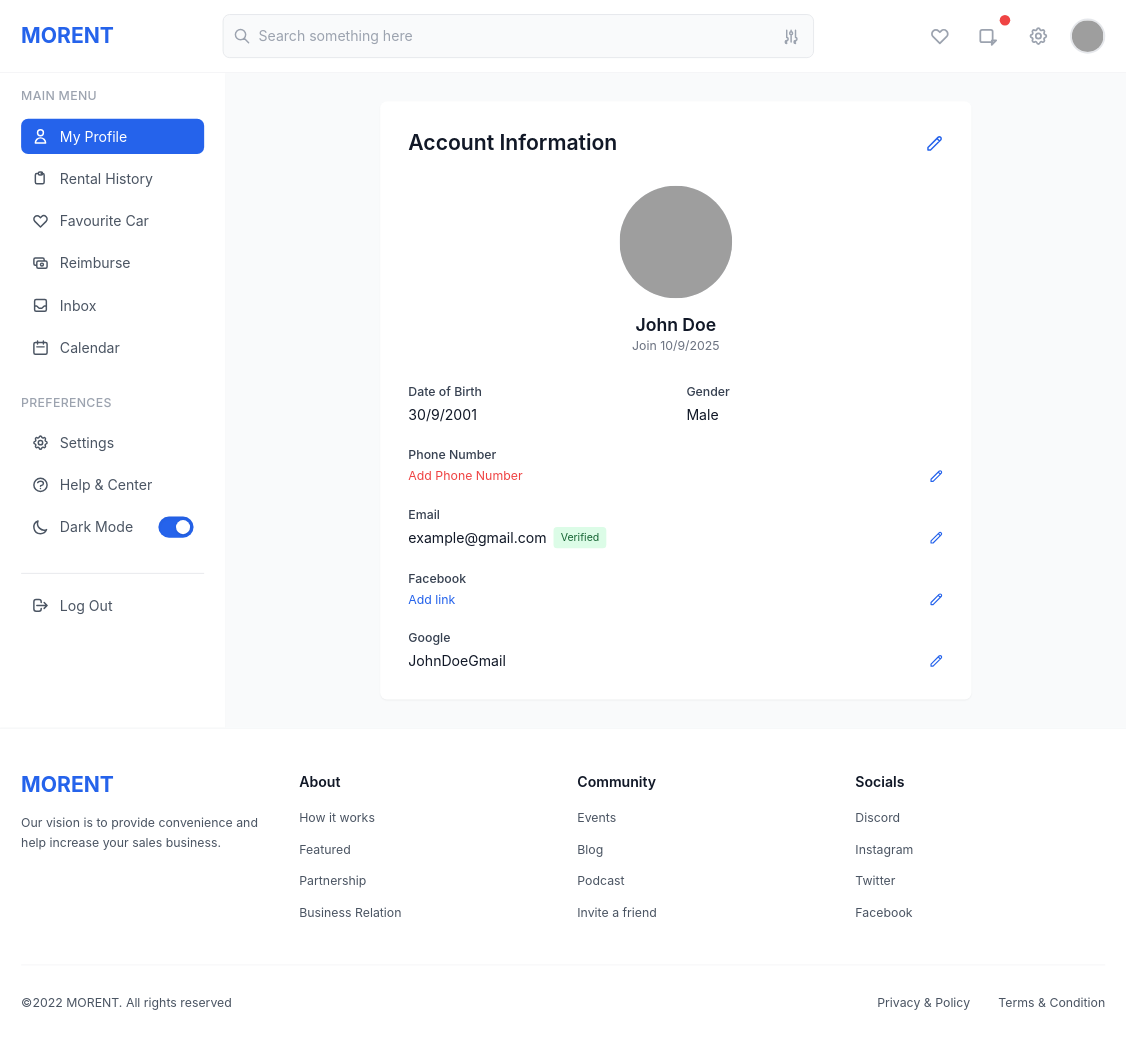
Repository: hhq160325/CRA
Page: /profile
The author's editor kept a copy of each file at every save. The page is drawn from the files as they stood at one save, then again after the next save.
The browser window is 1280 px wide. The pictures show the whole page, at 88% of full size.
Pictures or frames that could not be fetched are drawn as grey boxes. The project was rebuilt for these pictures with package versions that can differ from the ones it lists, and the page was loaded fresh each time. Also part of the build but not shown: src/features/cars/RegisterCar.jsx, src/features/cars/RegisterCarStep2.jsx, src/features/cars/RegisterCarStep3.jsx, src/shared/components/ProtectedRoute.jsx.

Above is the page before, as saved 2025-10-05 15:40:48.

After the next save:
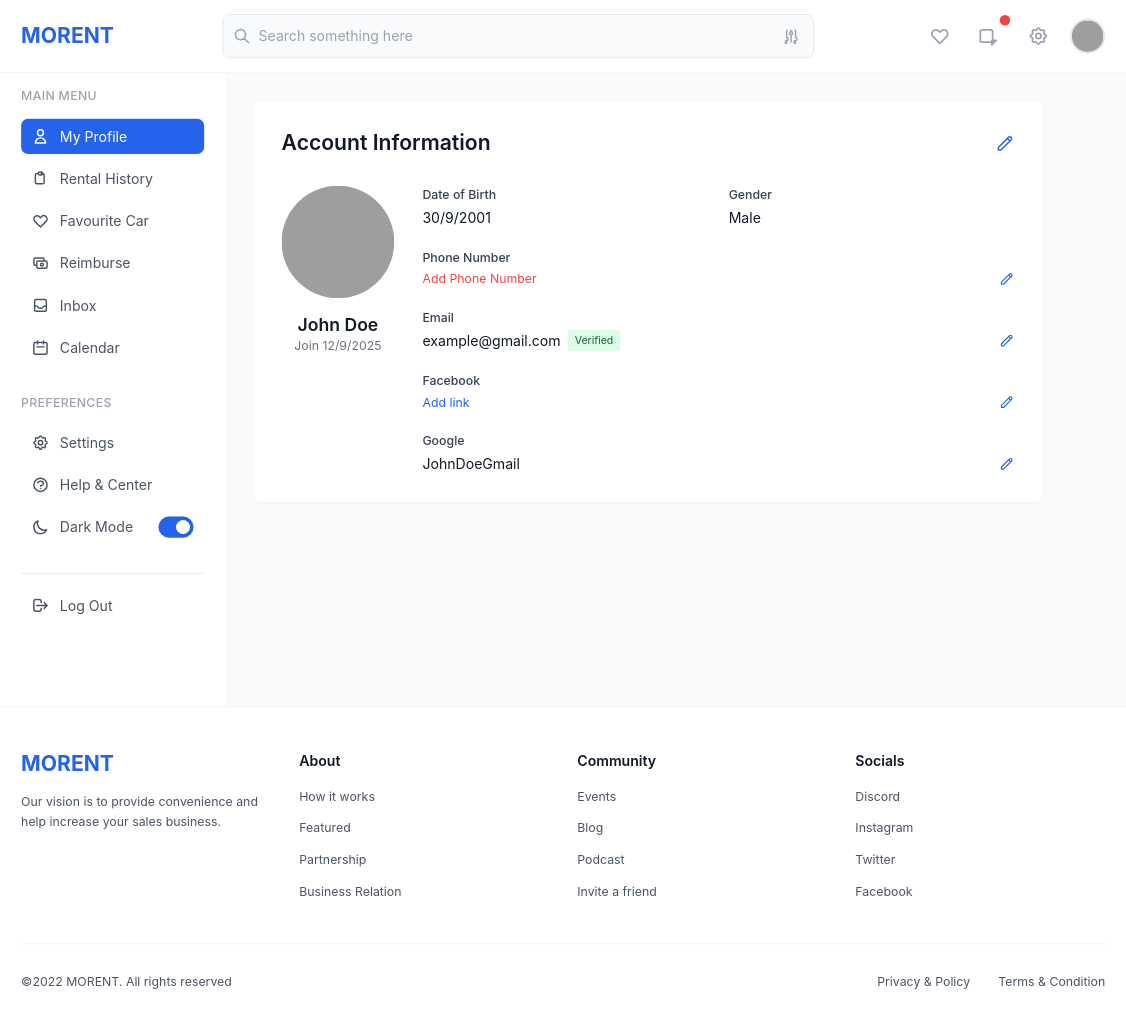
Saved 4 min 16 s later.
--- a/src/features/user/components/ProfilePage.jsx
+++ b/src/features/user/components/ProfilePage.jsx
@@ -1,9 +1,9 @@
 import { useState } from 'react';
 
 const ProfilePage = () => {
-  const [userInfo, setUserInfo] = useState({
+  const [userInfo] = useState({
     name: 'John Doe',
-    joinDate: 'Join 10/9/2025',
+    joinDate: 'Join 12/9/2025',
     dateOfBirth: '30/9/2001',
     gender: 'Male',
     phoneNumber: '',
@@ -18,9 +18,8 @@ const ProfilePage = () => {
 
   return (
     <div className="min-h-screen bg-gray-50">
-      {/* Container with sidebar and main content */}
       <div className="flex">
-        {/* Sidebar - positioned to align under MORENT logo */}
+        {/* Sidebar */}
         <div className="w-64 bg-white shadow-sm min-h-screen">
           <div className="px-6 pt-4">
             <div className="mb-8">
@@ -107,21 +106,21 @@ const ProfilePage = () => {
           </div>
         </div>
 
-        {/* Main Content - Centered */}
-        <div className="flex-1 flex items-center justify-center p-8">
-          <div className="w-full max-w-2xl">
-            <div className="bg-white rounded-lg shadow-sm p-8">
-              <div className="flex items-center justify-between mb-8">
-                <h1 className="text-2xl font-semibold text-gray-900">Account Information</h1>
-                <button className="text-blue-600 hover:text-blue-700">
-                  <svg className="w-5 h-5" fill="none" stroke="currentColor" viewBox="0 0 24 24">
-                    <path strokeLinecap="round" strokeLinejoin="round" strokeWidth={2} d="M15.232 5.232l3.536 3.536m-2.036-5.036a2.5 2.5 0 113.536 3.536L6.5 21.036H3v-3.572L16.732 3.732z" />
-                  </svg>
-                </button>
-              </div>
-
-              <div className="flex flex-col items-center mb-8">
-                {/* Profile Image */}
+        {/* Main Content */}
+        <div className="flex-1 p-8">
+          <div className="bg-white rounded-lg shadow-sm p-8 max-w-4xl">
+            <div className="flex items-center justify-between mb-8">
+              <h1 className="text-2xl font-semibold text-gray-900">Account Information</h1>
+              <button className="text-blue-600 hover:text-blue-700">
+                <svg className="w-5 h-5" fill="none" stroke="currentColor" viewBox="0 0 24 24">
+                  <path strokeLinecap="round" strokeLinejoin="round" strokeWidth={2} d="M15.232 5.232l3.536 3.536m-2.036-5.036a2.5 2.5 0 113.536 3.536L6.5 21.036H3v-3.572L16.732 3.732z" />
+                </svg>
+              </button>
+            </div>
+
+            <div className="flex items-start space-x-8">
+              {/* Profile Image and Info */}
+              <div className="flex-shrink-0">
                 <div className="w-32 h-32 rounded-full overflow-hidden bg-gray-200 mb-4">
                   <img
                     src="https://images.unsplash.com/photo-1507003211169-0a1dd7228f2d?w=150&h=150&fit=crop&crop=face"
@@ -129,25 +128,25 @@ const ProfilePage = () => {
                     className="w-full h-full object-cover"
                   />
                 </div>
-                <h2 className="text-xl font-semibold text-gray-900">{userInfo.name}</h2>
-                <p className="text-sm text-gray-500">{userInfo.joinDate}</p>
+                <div className="text-center">
+                  <h2 className="text-xl font-semibold text-gray-900">{userInfo.name}</h2>
+                  <p className="text-sm text-gray-500">{userInfo.joinDate}</p>
+                </div>
               </div>
 
               {/* Profile Information */}
-              <div className="space-y-6">
-                <div className="grid grid-cols-2 gap-6">
-                  <div>
-                    <label className="block text-sm font-medium text-gray-700 mb-1">Date of Birth</label>
-                    <div className="text-gray-900">{userInfo.dateOfBirth}</div>
-                  </div>
-
-                  <div>
-                    <label className="block text-sm font-medium text-gray-700 mb-1">Gender</label>
-                    <div className="text-gray-900">{userInfo.gender}</div>
-                  </div>
-                </div>
-
+              <div className="flex-1 grid grid-cols-2 gap-6">
                 <div>
+                  <label className="block text-sm font-medium text-gray-700 mb-1">Date of Birth</label>
+                  <div className="text-gray-900">{userInfo.dateOfBirth}</div>
+                </div>
+
+                <div>
+                  <label className="block text-sm font-medium text-gray-700 mb-1">Gender</label>
+                  <div className="text-gray-900">{userInfo.gender}</div>
+                </div>
+
+                <div className="col-span-2">
                   <label className="block text-sm font-medium text-gray-700 mb-1">Phone Number</label>
                   <div className="flex items-center justify-between">
                     {userInfo.phoneNumber ? (
@@ -166,7 +165,7 @@ const ProfilePage = () => {
                   </div>
                 </div>
 
-                <div>
+                <div className="col-span-2">
                   <label className="block text-sm font-medium text-gray-700 mb-1">Email</label>
                   <div className="flex items-center justify-between">
                     <div className="flex items-center space-x-2">
@@ -184,7 +183,7 @@ const ProfilePage = () => {
                   </div>
                 </div>
 
-                <div>
+                <div className="col-span-2">
                   <label className="block text-sm font-medium text-gray-700 mb-1">Facebook</label>
                   <div className="flex items-center justify-between">
                     {userInfo.facebook ? (
@@ -203,7 +202,7 @@ const ProfilePage = () => {
                   </div>
                 </div>
 
-                <div>
+                <div className="col-span-2">
                   <label className="block text-sm font-medium text-gray-700 mb-1">Google</label>
                   <div className="flex items-center justify-between">
                     <span className="text-gray-900">{userInfo.google}</span>
